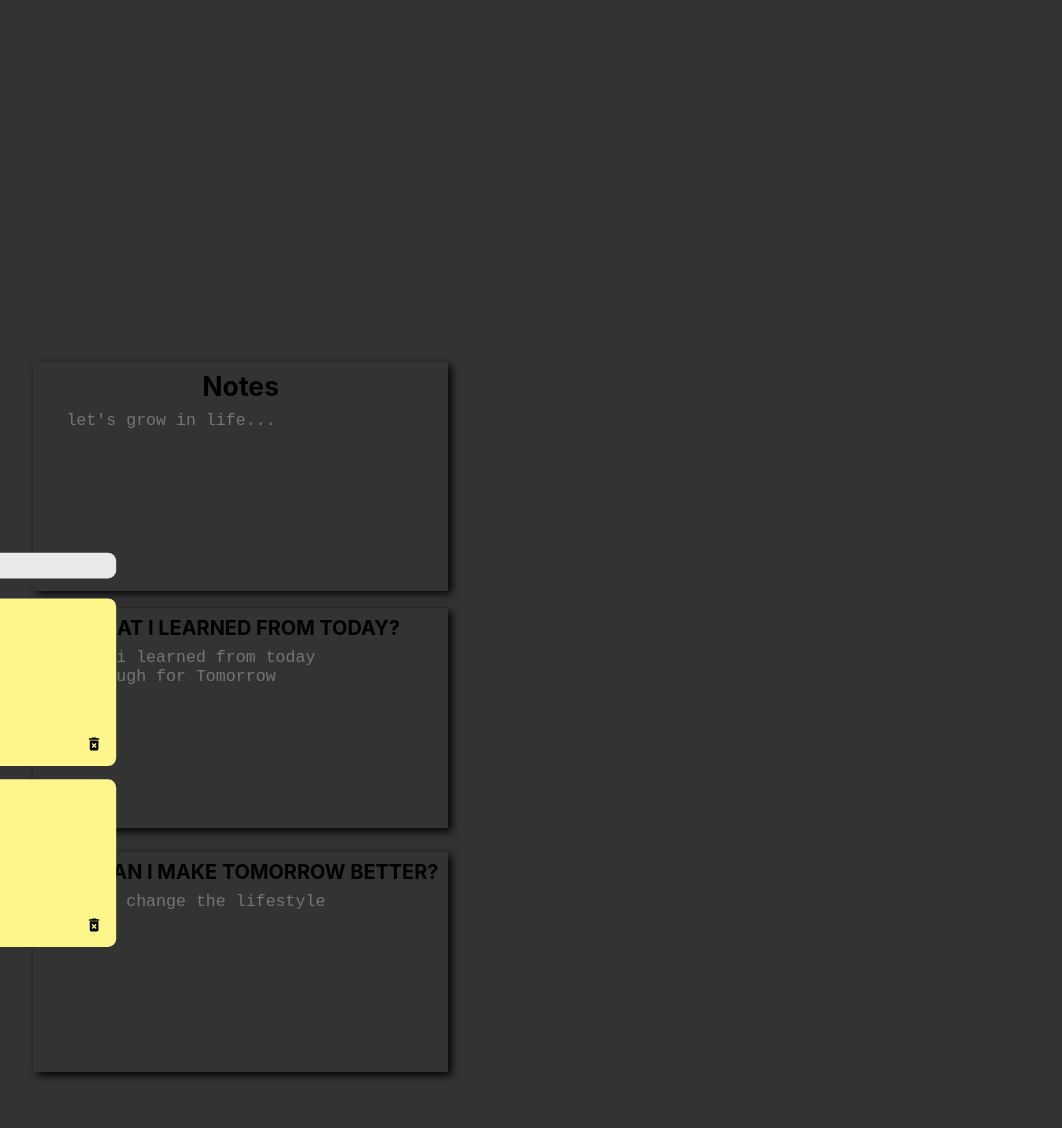
Repository: subhamRsahoo/note
Page: /
The author's editor kept a copy of each file at every save. The page is drawn from the files as they stood at one save, then again after the next save.
The browser window is 1280 px wide. The pictures show the whole page, at 83% of full size.
The project was rebuilt for these pictures with package versions that can differ from the ones it lists, and the page was loaded fresh each time.

Above is the page before, as saved 2021-07-15 17:43:54.

After the next save:
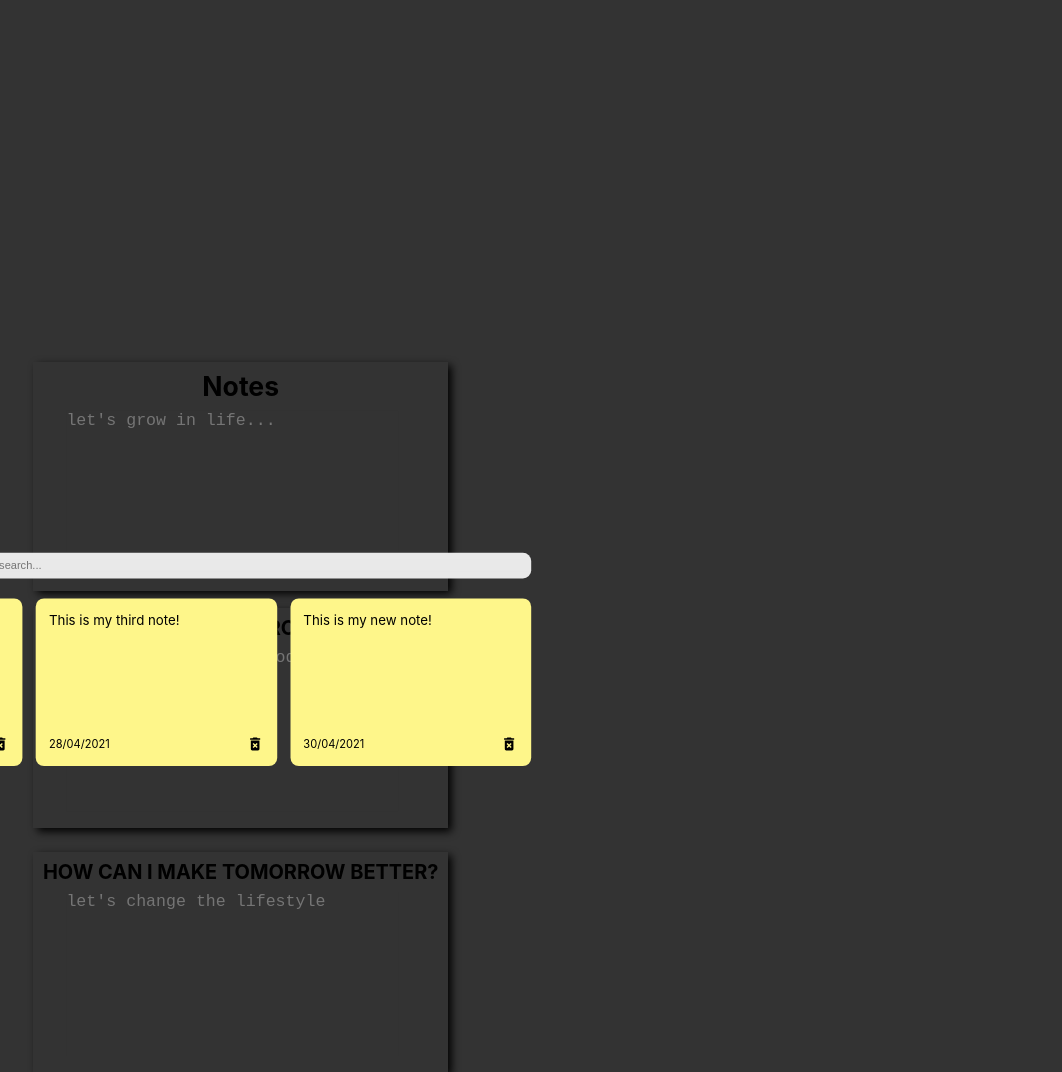
Saved 37 s later.
--- a/src/components/New folder/index.css
+++ b/src/components/New folder/index.css
@@ -98,6 +98,7 @@
 	align-items: center;
 	background-color: rgb(233, 233, 233);
 	width: 700px;
+	margin-left: 500px;
 	border-radius: 10px;
 	padding: 5px;
 	margin-bottom: 1.5em;

After the save that followed:
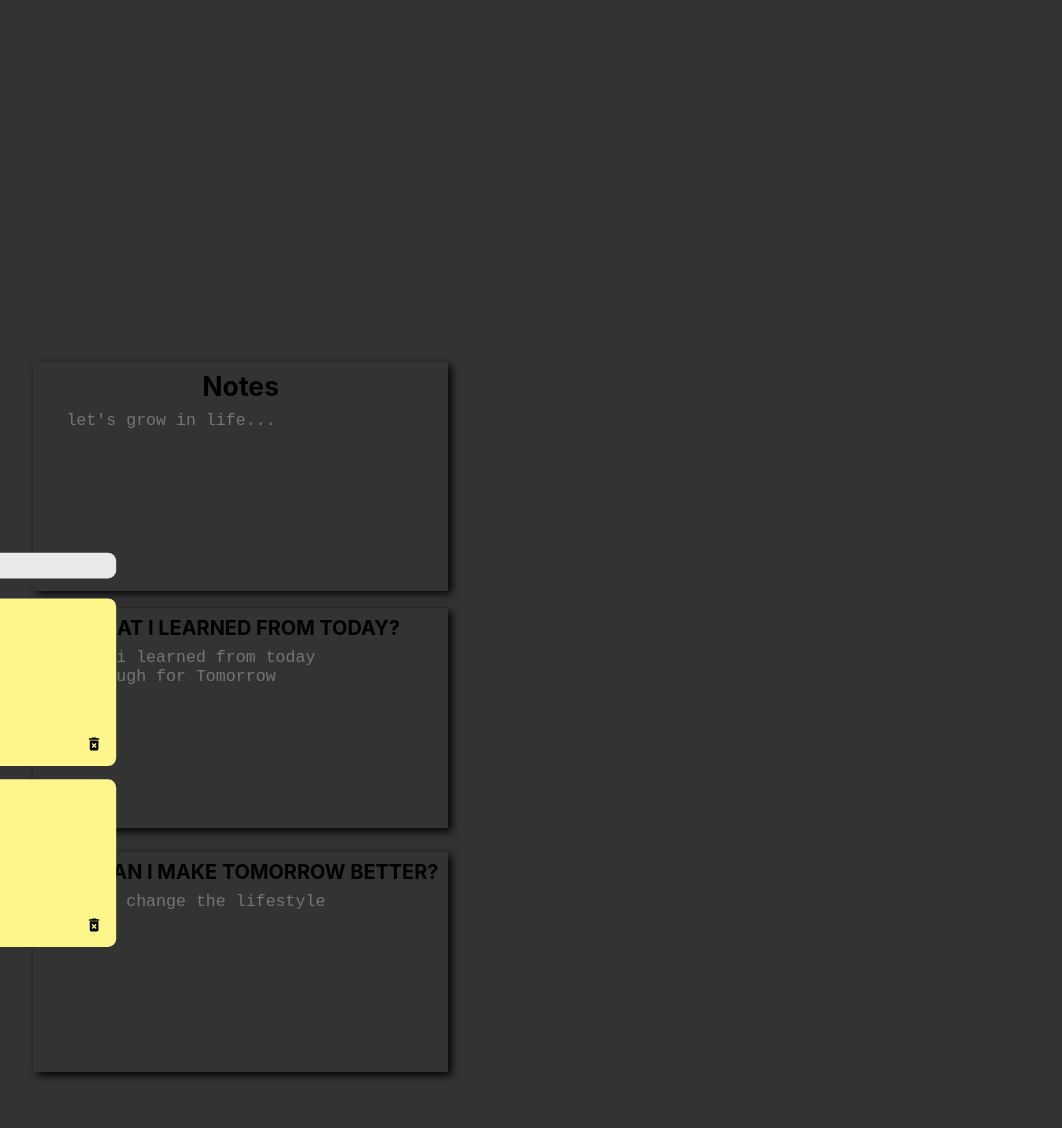
Saved 14 s later.
--- a/src/components/New folder/index.css
+++ b/src/components/New folder/index.css
@@ -98,7 +98,6 @@
 	align-items: center;
 	background-color: rgb(233, 233, 233);
 	width: 700px;
-	margin-left: 500px;
 	border-radius: 10px;
 	padding: 5px;
 	margin-bottom: 1.5em;
